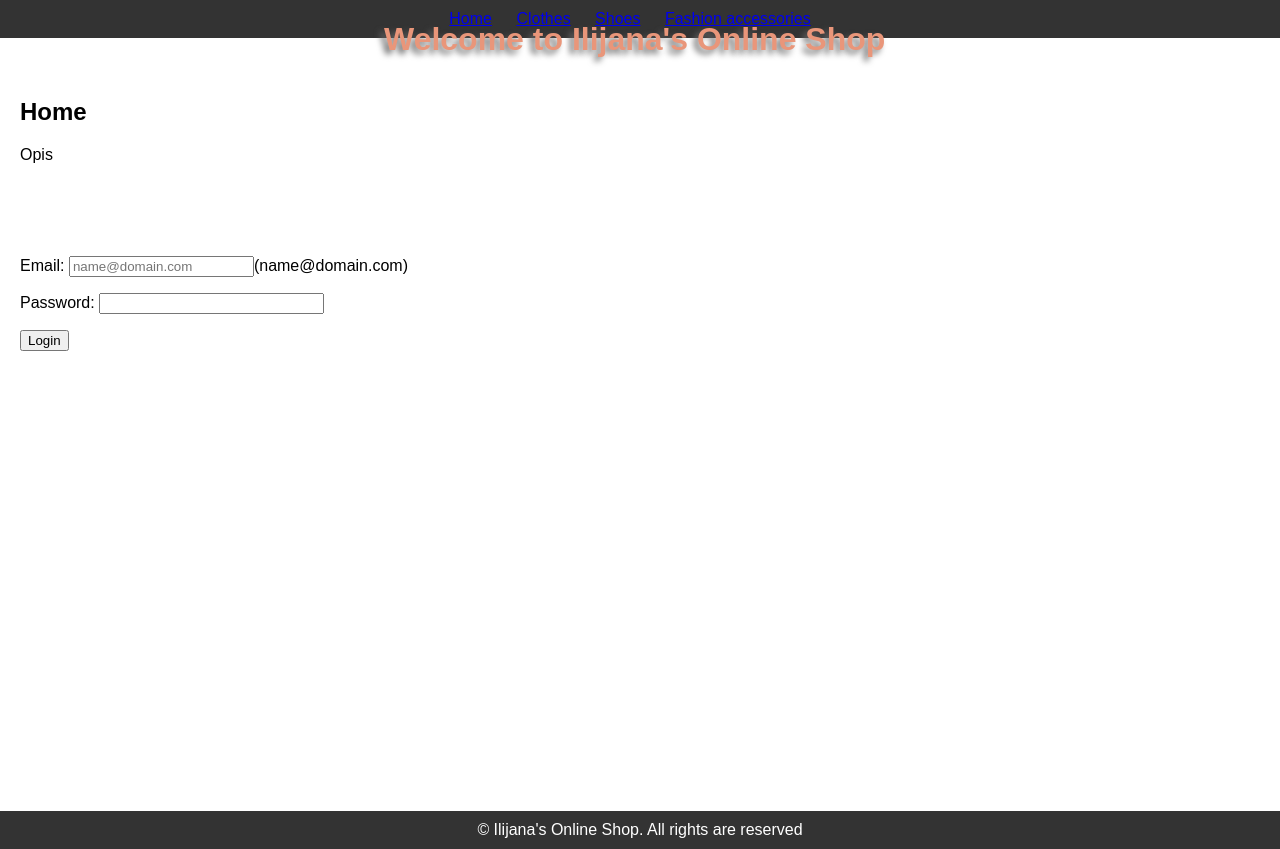
Repository: ilijana123/Proekt1
Page: html.html
These files come from the project's save history. The page is drawn as it stood at one moment and after the next save; the edit follows.
The browser window is 1280 px wide. The pictures show the whole page.

Above is the page before, as saved 2023-11-12 23:17:50.

After the next save:
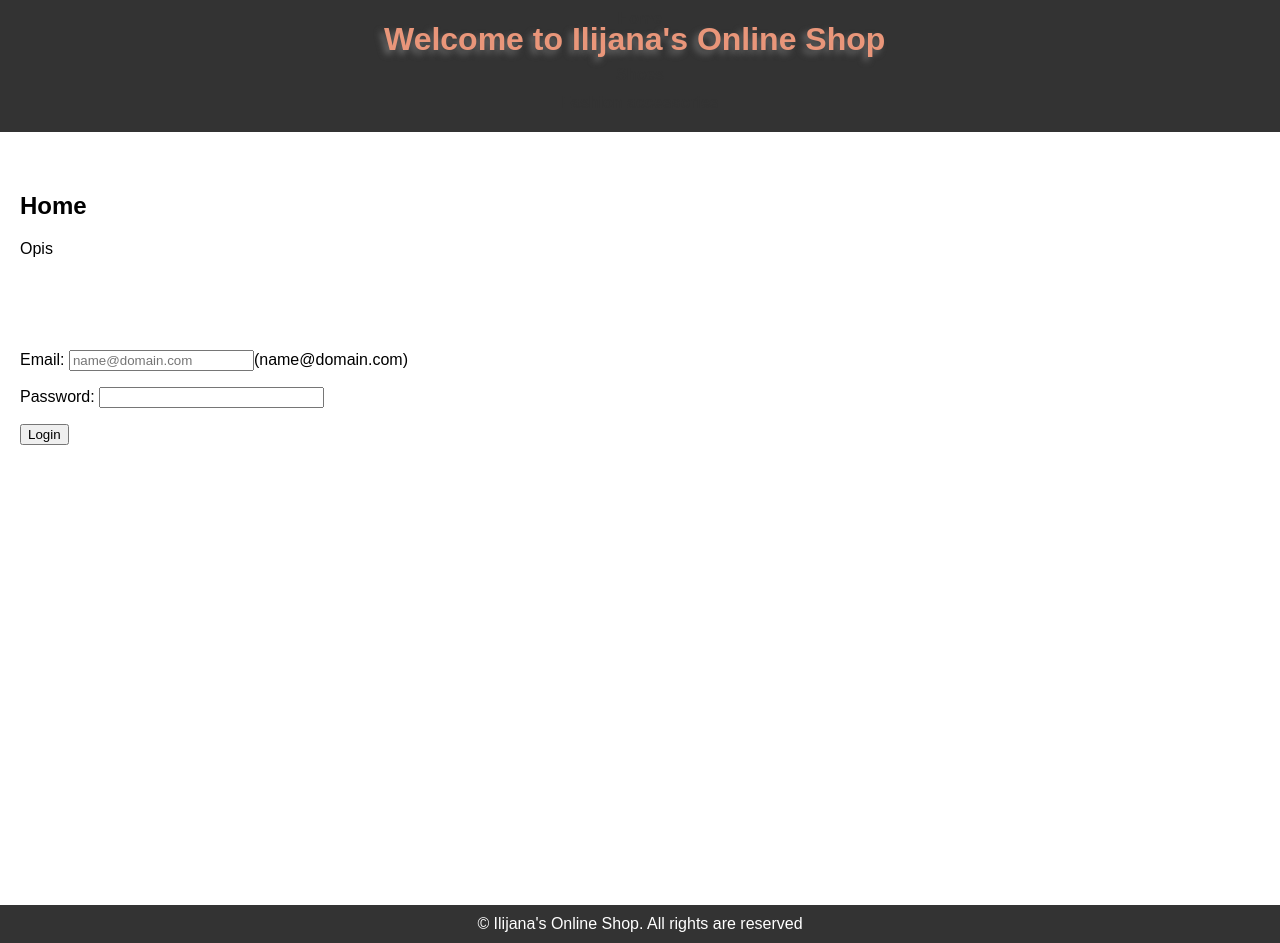
Saved 3 min 40 s later.
--- a/1.css
+++ b/1.css
@@ -4,8 +4,6 @@ h1  {
         text-shadow: -4px 4px 6px dimgrey;
         position:fixed;
         margin-left: 30%;
-
-
     }
     body {
         margin: 0;
@@ -19,21 +17,29 @@ h1  {
         padding: 10px;
         text-align: center;
     }
-
     nav ul {
         list-style-type: none;
         margin: 0;
         padding: 0;
+        display: flex;
+        flex-direction: column; /* Set the direction to column */
     }
 
     nav ul li {
-        display: inline;
-        margin-right: 20px;
+        display: block; /* Set the display property to block */
+        margin-bottom: 10px; /* Add some spacing between items */
     }
-
     section {
         padding: 20px;
         margin: 20px 0;
+    }
+    nav a {
+        text-decoration: none;
+        color: #333;
+        font-weight: bold;
+    }
+    nav a:hover {
+        color: #555;
     }
 
     footer {
